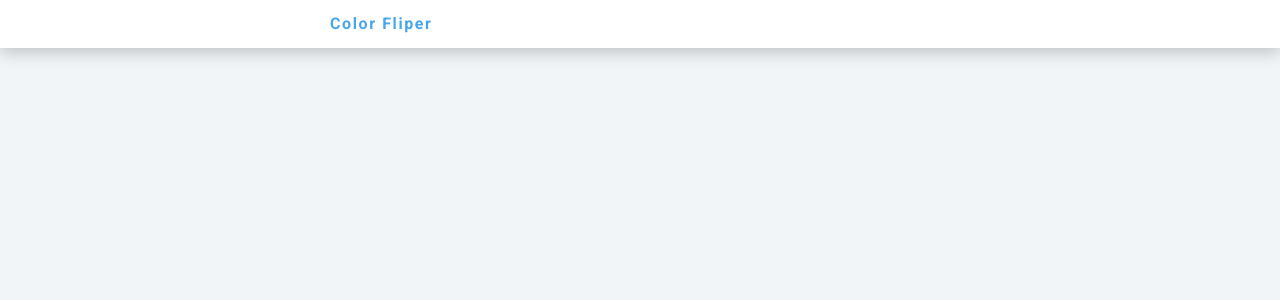
Repository: hseunghwan/practice-vanilla-javascript
Page: index.html
The author's editor kept a copy of each file at every save. The page is drawn from the files as they stood at one save, then again after the next save.
The browser window is 1280 px wide. The pictures show the whole page.

Above is the page before, as saved 2023-05-08 22:04:52.

After the next save:
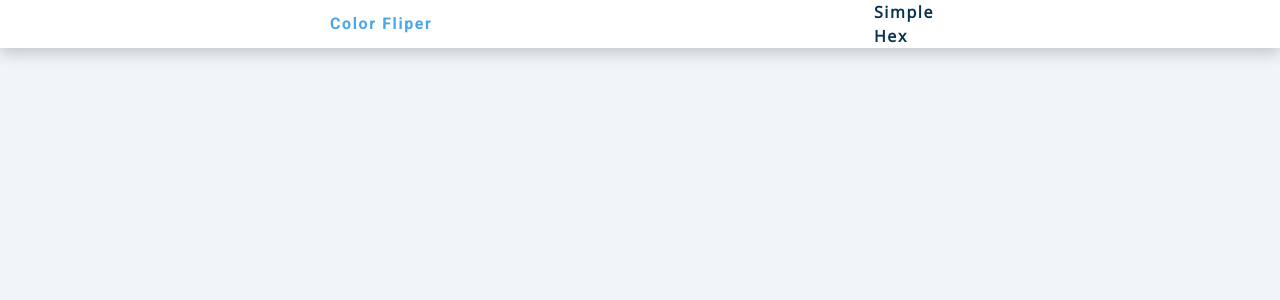
Saved 10 min 58 s later.
--- a/index.html
+++ b/index.html
@@ -9,7 +9,18 @@
         <nav>
             <div class="nav-center">
                 <h4>color fliper</h4>
+                <ul>
+                    <li>
+                        <a href="index.html">simple</a>
+                    </li>
+                    <li>
+                        <a href="hex.html">hex</a>
+                    </li>
+                </ul>
             </div>
         </nav>
+        <main>
+            <div class="container"></div>
+        </main>
     </body>
 </html>
